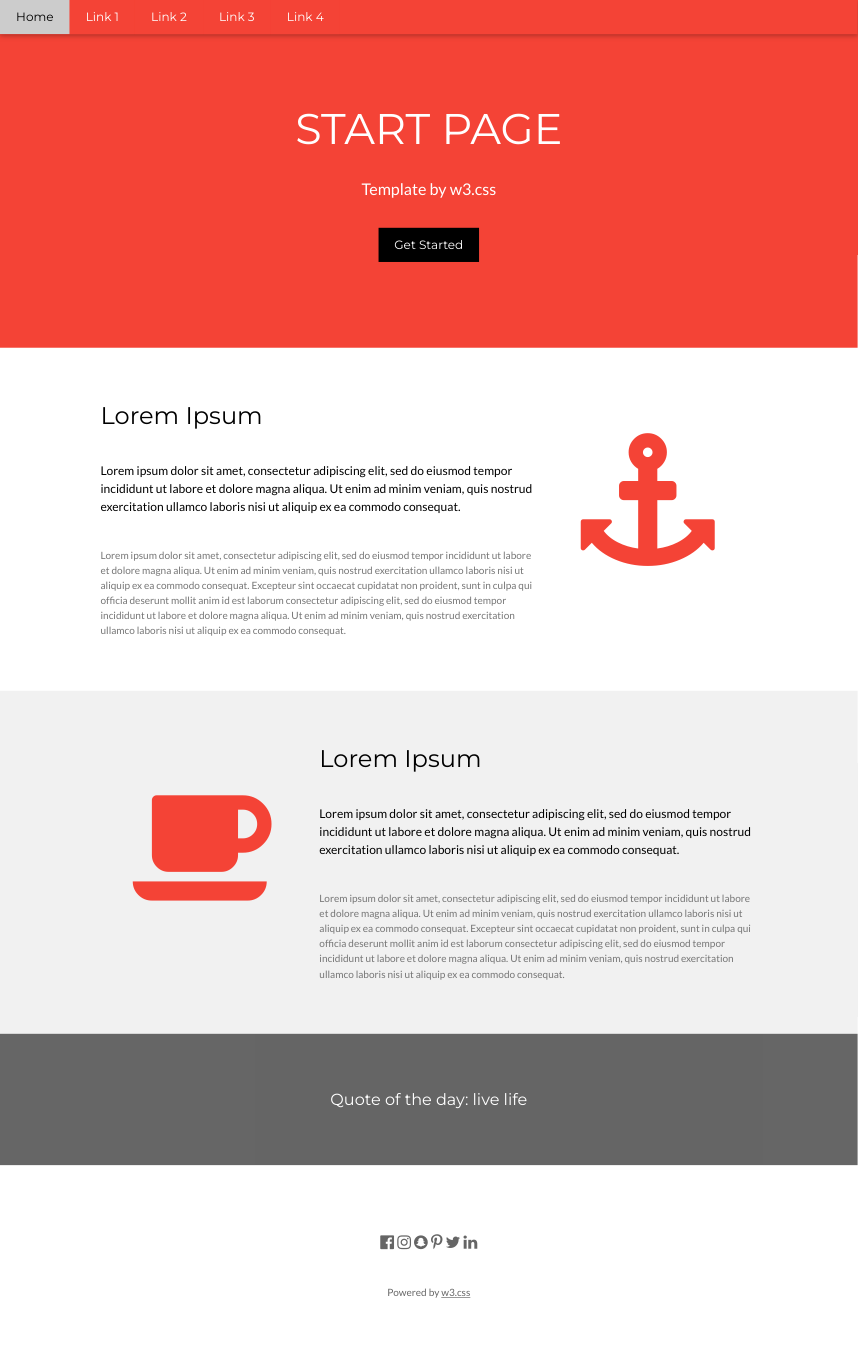
Repository: csanicola74/flask-html
Page: flask_css.html
The author's editor kept a copy of each file at every save. The page is drawn from the files as they stood at one save, then again after the next save.
The browser window is 1280 px wide. The pictures show the whole page, at 67% of full size.

Above is the page before, as saved 2022-09-11 20:45:36.

After the next save:
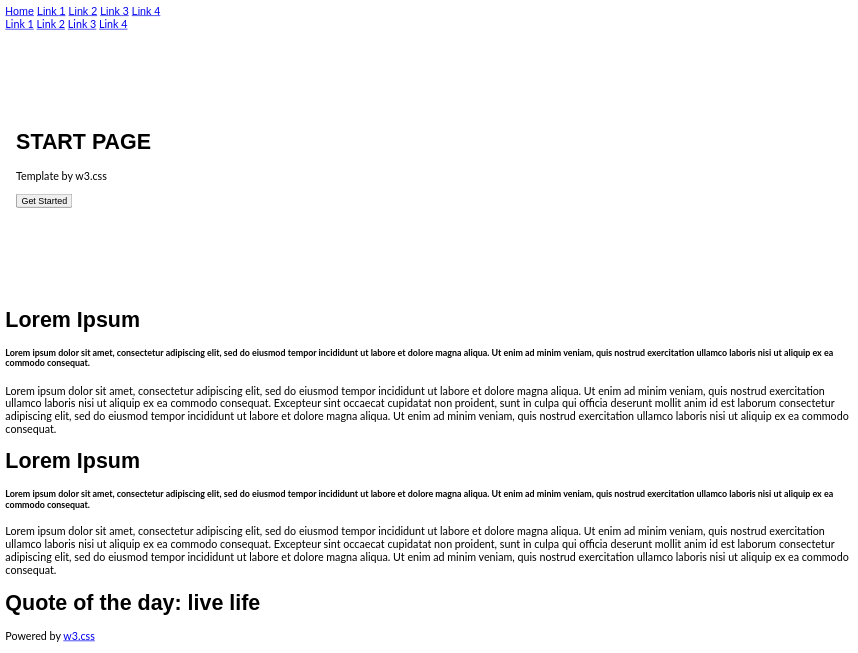
Saved 77 s later.
--- a/flask_css.html
+++ b/flask_css.html
@@ -5,10 +5,6 @@
     <title>My CSS Homepage</title>
     <meta charset="UTF-8">
     <meta name="viewport" content="width=device-width, initial-scale=1">
-    <link rel="stylesheet" href="https://www.w3schools.com/w3css/4/w3.css">
-    <link rel="stylesheet" href="https://fonts.googleapis.com/css?family=Lato">
-    <link rel="stylesheet" href="https://fonts.googleapis.com/css?family=Montserrat">
-    <link rel="stylesheet" href="https://cdnjs.cloudflare.com/ajax/libs/font-awesome/4.7.0/css/font-awesome.min.css">
     <style>
         body,
         h1,

After the save that followed:
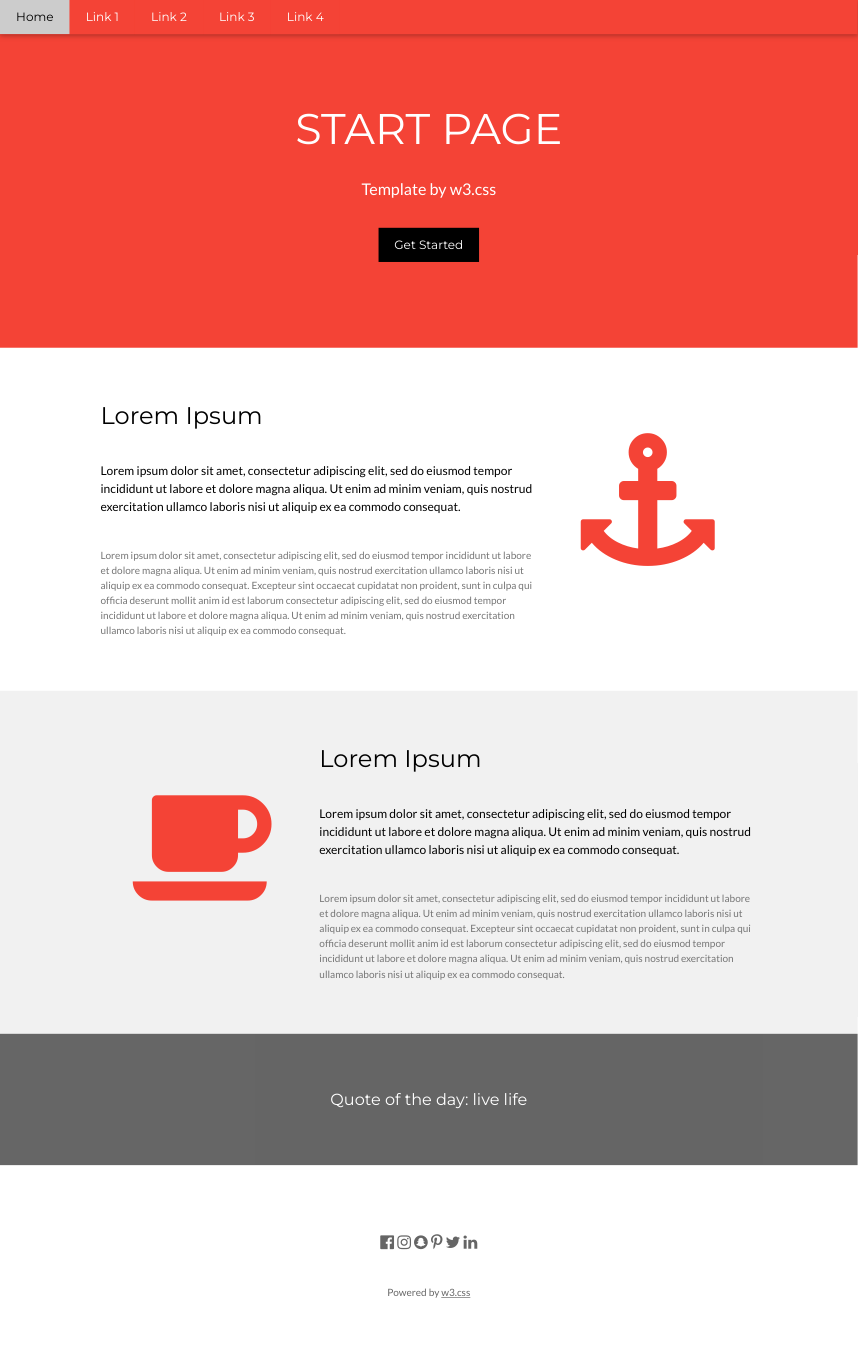
Saved 13 s later.
--- a/flask_css.html
+++ b/flask_css.html
@@ -5,6 +5,10 @@
     <title>My CSS Homepage</title>
     <meta charset="UTF-8">
     <meta name="viewport" content="width=device-width, initial-scale=1">
+    <link rel="stylesheet" href="https://www.w3schools.com/w3css/4/w3.css">
+    <link rel="stylesheet" href="https://fonts.googleapis.com/css?family=Lato">
+    <link rel="stylesheet" href="https://fonts.googleapis.com/css?family=Montserrat">
+    <link rel="stylesheet" href="https://cdnjs.cloudflare.com/ajax/libs/font-awesome/4.7.0/css/font-awesome.min.css">
     <style>
         body,
         h1,
